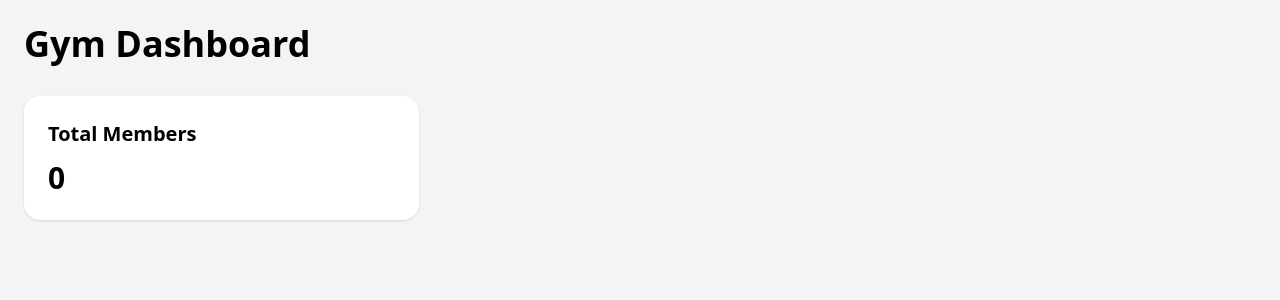
Repository: manav2121/Gym
Page: / (app in fe/fe/)
The author's editor kept a copy of each file at every save. The page is drawn from the files as they stood at one save, then again after the next save.
The browser window is 1280 px wide. The pictures show the whole page.
The page's requests for data from a server got no answer. The project was rebuilt for these pictures with package versions that can differ from the ones it lists, and the page was loaded fresh each time. No one was signed in, and anything a server would have sent is missing. Also part of the build but not shown: fe/fe/vite.config.js, fe/fe/src/pages/addMember.jsx.

Above is the page before, as saved 2026-05-10 22:13:13.

After the next save:
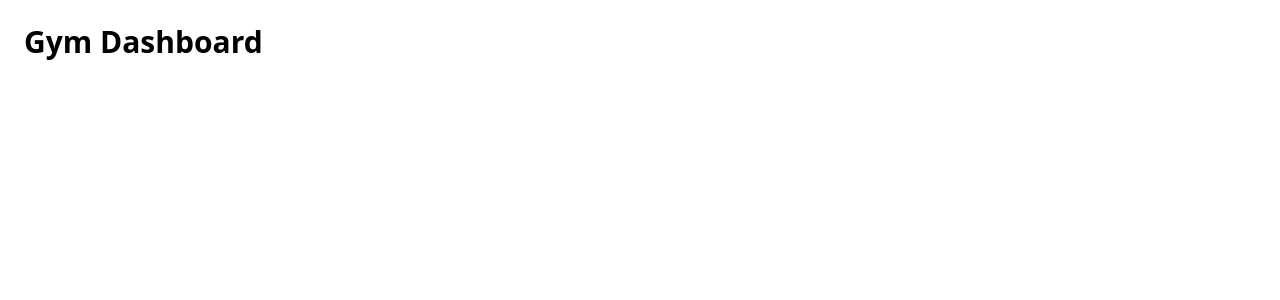
Saved 44 s later.
--- a/fe/fe/src/pages/Dashboard.jsx
+++ b/fe/fe/src/pages/Dashboard.jsx
@@ -9,85 +9,29 @@ function Dashboard() {
   }, []);
 
   const fetchMembers = async () => {
-    try {
-      const res = await axios.get(
-        "http://localhost:5000/api/members/all"
-      );
-
-      setMembers(res.data);
-
-    } catch (error) {
-      console.log(error);
-    }
+    const res = await axios.get("http://localhost:5000/api/members/all");
+    setMembers(res.data);
   };
 
   return (
-    <div className="min-h-screen bg-gray-100 p-6">
+    <div className="p-6">
+      <h1 className="text-3xl font-bold mb-6">Gym Dashboard</h1>
 
-      <h1 className="text-4xl font-bold mb-8">
-        Gym Dashboard
-      </h1>
-
-      <div className="grid md:grid-cols-3 gap-6 mb-8">
-
-        <div className="bg-white p-6 rounded-2xl shadow">
-          <h2 className="text-xl font-semibold">
-            Total Members
-          </h2>
-
-          <p className="text-3xl font-bold mt-3">
-            {members.length}
-          </p>
-        </div>
-
-      </div>
-
-      <div className="grid gap-5">
-
-        {members.map((member) => {
-
-          const expiryDate = new Date(member.expiryDate);
-          const today = new Date();
-
-          const isExpired = expiryDate < today;
-
-          return (
-            <div
-              key={member._id}
-              className={`p-5 rounded-2xl shadow text-white
-              ${isExpired ? "bg-red-500" : "bg-green-600"}`}
-            >
-
-              <h2 className="text-2xl font-bold">
-                {member.name}
-              </h2>
-
-              <p className="mt-2">
-                Phone: {member.phone}
-              </p>
-
-              <p>
-                Email: {member.email}
-              </p>
-
-              <p>
-                Plan: {member.plan}
-              </p>
-
-              <p>
-                Expiry:
-                {" "}
-                {expiryDate.toDateString()}
-              </p>
-
-              <p className="font-bold mt-2">
-                {isExpired ? "Expired" : "Active"}
-              </p>
-
-            </div>
-          );
-        })}
-
+      <div className="grid gap-4">
+        {members.map((member) => (
+          <div
+            key={member._id}
+            className="border p-4 rounded-xl shadow"
+          >
+            <h2 className="text-xl font-semibold">{member.name}</h2>
+            <p>Phone: {member.phone}</p>
+            <p>Plan: {member.plan}</p>
+            <p>
+              Expiry: {new Date(member.expiryDate).toDateString()}
+            </p>
+            <p>Status: {member.paymentStatus}</p>
+          </div>
+        ))}
       </div>
     </div>
   );
